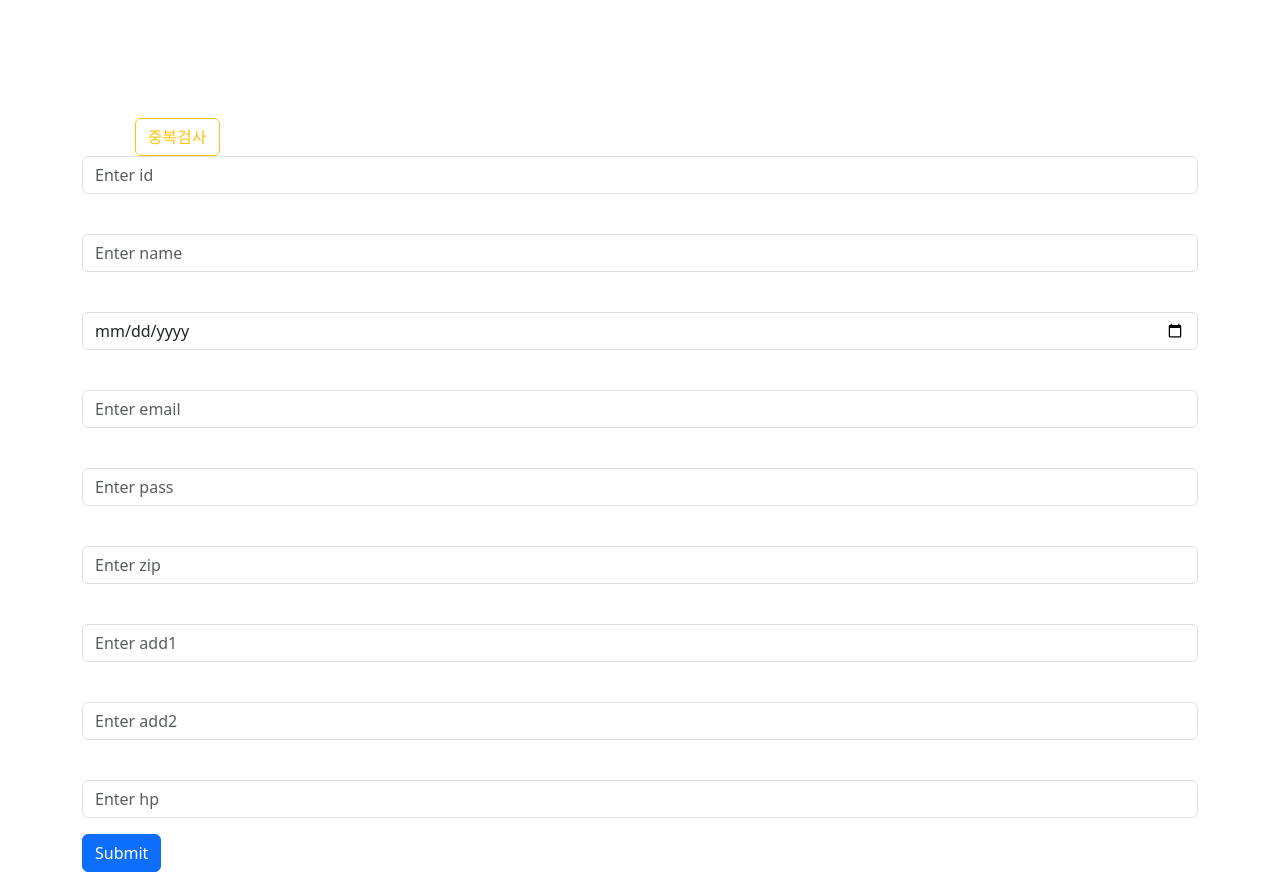
Repository: prawniel99/05_JQuery
Page: workspace/jqpro/WebContent/비동기6_ajax/join.html
The author's editor kept a copy of each file at every save. The page is drawn from the files as they stood at one save, then again after the next save.
The browser window is 1280 px wide. The pictures show the whole page.

Above is the page before, as saved 2024-08-29 03:24:29.

### workspace/jqpro/WebContent/비동기6_ajax/join.html
<!DOCTYPE html>
<html lang="kr">
<head>
    <meta charset="UTF-8">
    <meta name="viewport" content="width=device-width, initial-scale=1.0">
    <title>Document</title>

    <!-- <link rel="stylesheet" href="../css/public.css"> -->
    <script src="../js/jquery-3.7.1.js"></script>

    <!-- bootstrap -->
    <meta name="viewport" content="width=device-width, initial-scale=1">
	<link href="https://cdn.jsdelivr.net/npm/bootstrap@5.3.3/dist/css/bootstrap.min.css" rel="stylesheet">
	<script src="https://cdn.jsdelivr.net/npm/bootstrap@5.3.3/dist/js/bootstrap.bundle.min.js"></script>


	<style>

		body {
			color: white;
		}
	</style>

	<script>

	</script>

</head>

<body>

    <div class="box">
        <h1>
			1.
        </h1>

		<div class="container mt-3">
			<h2>Stacked form</h2>
			<form>
				<div class="mb-3 mt-3">
					<label for="id">아이디:</label> <input type="button" value="중복검사" id="idcheck"  class="btn btn-outline-warning">
					<input type="text" class="form-control" id="id" placeholder="Enter id" name="mem_id"> <!-- name은 db와 일치시킨 VO와 일치시켜야 한다 -->
				</div>

				<div class="mb-3 mt-3">
					<label for="name">이름:</label>
					<input type="text" class="form-control" id="name" placeholder="Enter name" name="mem_name"> <!-- name은 db와 일치시킨 VO와 일치시켜야 한다 -->
				</div>

				<div class="mb-3 mt-3">
					<label for="bir">생일:</label>
					<input type="date" class="form-control" id="bir" placeholder="Enter bir" name="mem_bir"> <!-- name은 db와 일치시킨 VO와 일치시켜야 한다 -->
				</div>

				<div class="mb-3 mt-3">
					<label for="email">이메일:</label>
					<input type="email" class="form-control" id="email" placeholder="Enter email" name="mem_mail"> <!-- name은 db와 일치시킨 VO와 일치시켜야 한다 -->
				</div>

				<div class="mb-3">
					<label for="pass">비밀번호:</label>
					<input type="password" class="form-control" id="pass" placeholder="Enter pass" name="pass">
				</div>

				<div class="mb-3 mt-3">
					<label for="zip">우편번호:</label>
					<input type="text" class="form-control" id="zip" placeholder="Enter zip" name="mem_zip"> <!-- name은 db와 일치시킨 VO와 일치시켜야 한다 -->
				</div>

				<div class="mb-3 mt-3">
					<label for="add1">주소:</label>
					<input type="text" class="form-control" id="add1" placeholder="Enter add1" name="mem_add1"> <!-- name은 db와 일치시킨 VO와 일치시켜야 한다 -->
				</div>

				<div class="mb-3 mt-3">
					<label for="add2">상세주소:</label>
					<input type="text" class="form-control" id="add2" placeholder="Enter add2" name="mem_add2"> <!-- name은 db와 일치시킨 VO와 일치시켜야 한다 -->
				</div>

				<div class="mb-3 mt-3">
					<label for="hp">전화번호:</label>
					<input type="text" class="form-control" id="hp" placeholder="Enter hp" name="mem_hp"> <!-- name은 db와 일치시킨 VO와 일치시켜야 한다 -->
				</div>

				<button type="button" class="btn btn-primary">Submit</button>
			</form>
		</div>

	</div>

</body>
</html>

Loaded but not shown: workspace/jqpro/WebContent/js/jquery-3.7.1.js (library)

After the next save:
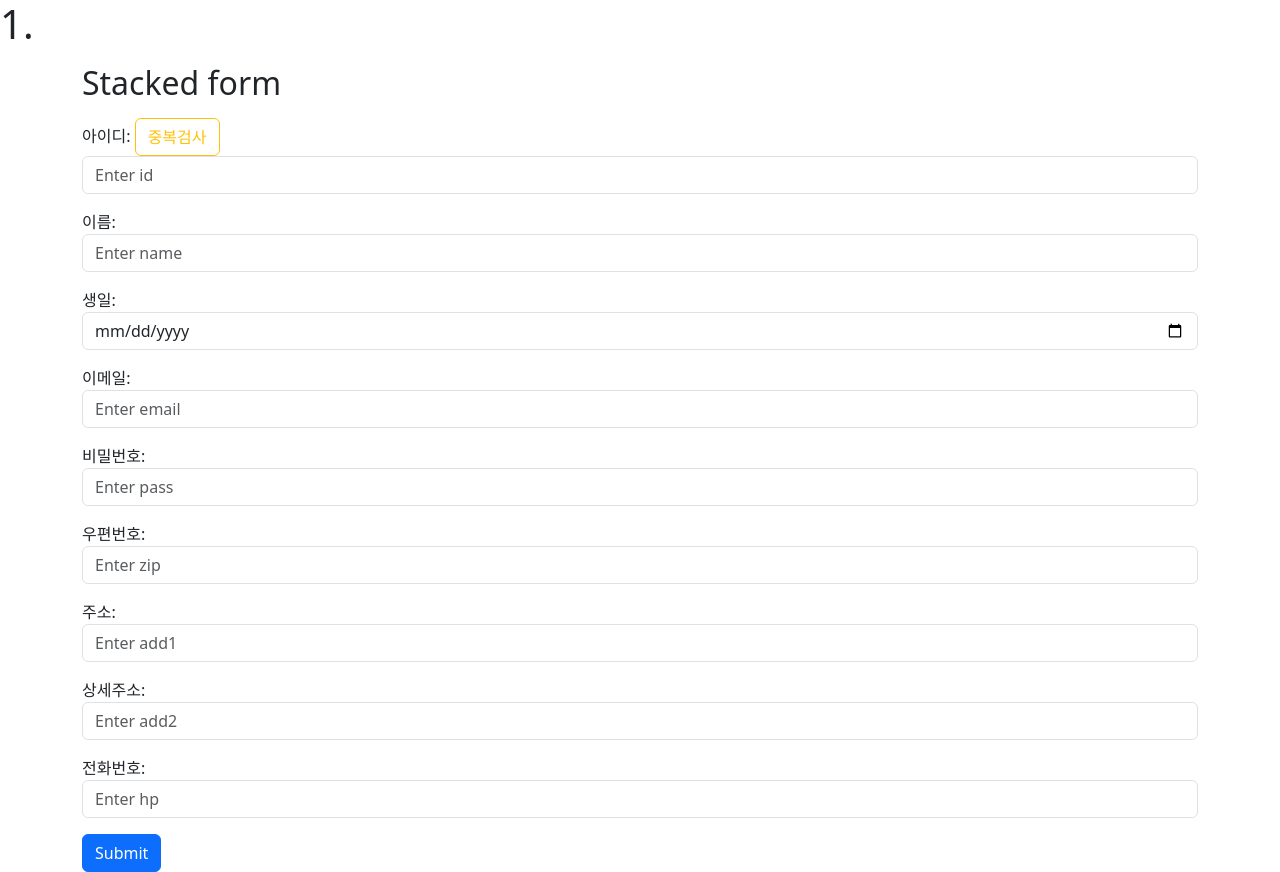
Saved 11 s later.
--- a/workspace/jqpro/WebContent/비동기6_ajax/join.html
+++ b/workspace/jqpro/WebContent/비동기6_ajax/join.html
@@ -16,9 +16,6 @@
 
 	<style>
 
-		body {
-			color: white;
-		}
 	</style>
 
 	<script>
